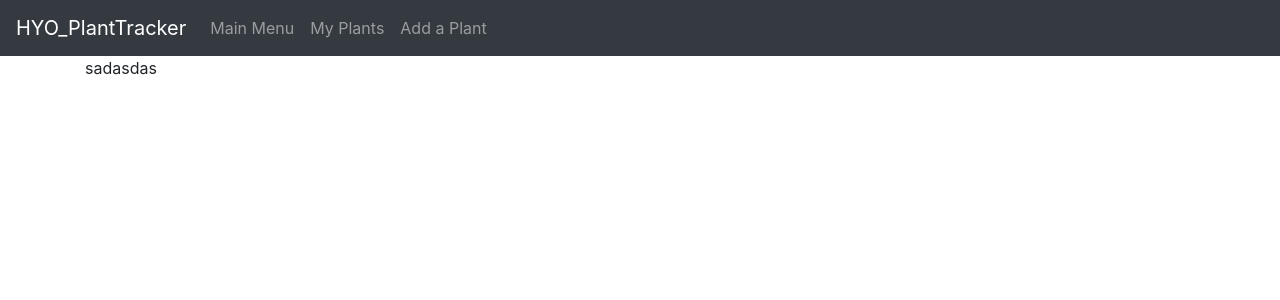
Repository: emersonwilliams/HYO_PlantTracker
Page: capstone_app/plant_tracker/templates/myplants.html
These files come from the project's save history. The page is drawn as it stood at one moment and after the next save; the edit follows.
The browser window is 1280 px wide. The pictures show the whole page.

Above is the page before, as saved 2020-08-01 23:58:38.

After the next save:
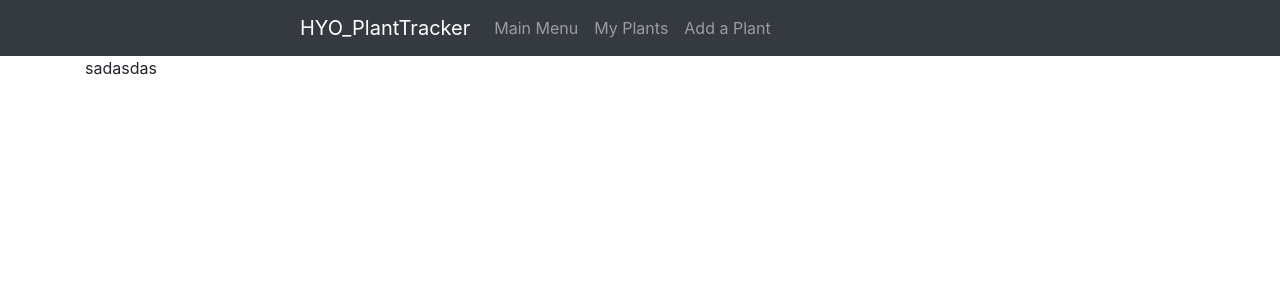
Saved 16 s later.
--- a/capstone_app/plant_tracker/static/css/myplants.css
+++ b/capstone_app/plant_tracker/static/css/myplants.css
@@ -1,4 +1,4 @@
-navbar{
+.navbar{
     padding-left:300px;
     padding-right:300px;
   }
